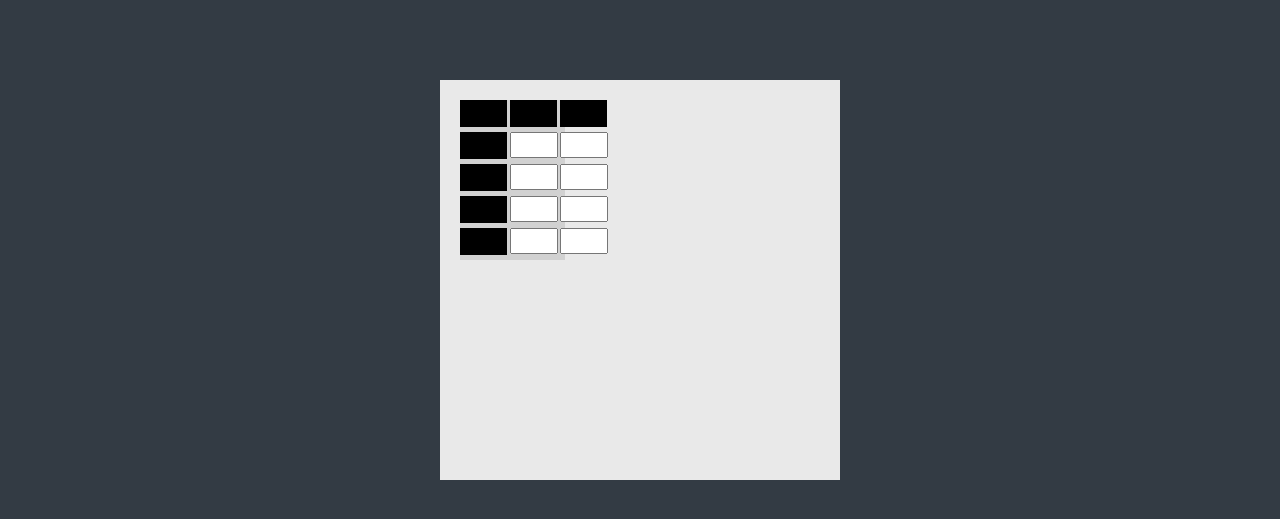
Repository: piookr-wsei/8086
Page: /
These files come from the project's save history. The page is drawn as it stood at one moment and after the next save; the edit follows.
The browser window is 1280 px wide. The pictures show the whole page.
The project was rebuilt for these pictures with package versions that can differ from the ones it lists, and the page was loaded fresh each time.

Above is the page before, as saved 2022-06-17 00:11:58.

After the next save:
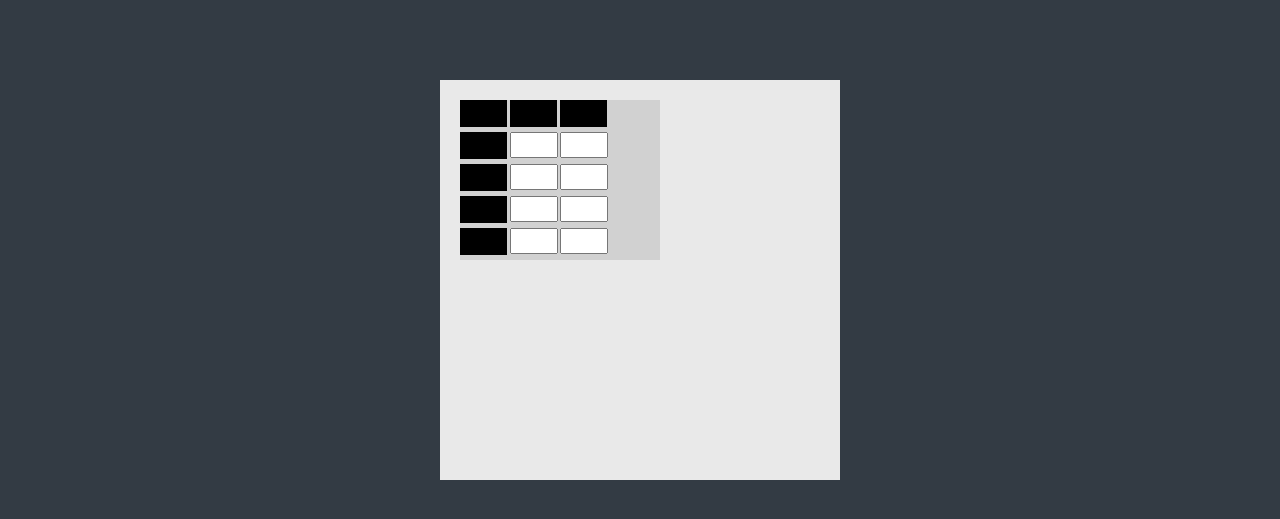
Saved 5 s later.
--- a/src/Components/Components.elements.js
+++ b/src/Components/Components.elements.js
@@ -15,7 +15,7 @@ border: 20px solid transparent;
 `
 
 export const RegWrapper = styled.div`
-width: 105px;
+width: 200px;
 background: rgba(0,0,0,0.1);
 position: relative;
 left: 0;
